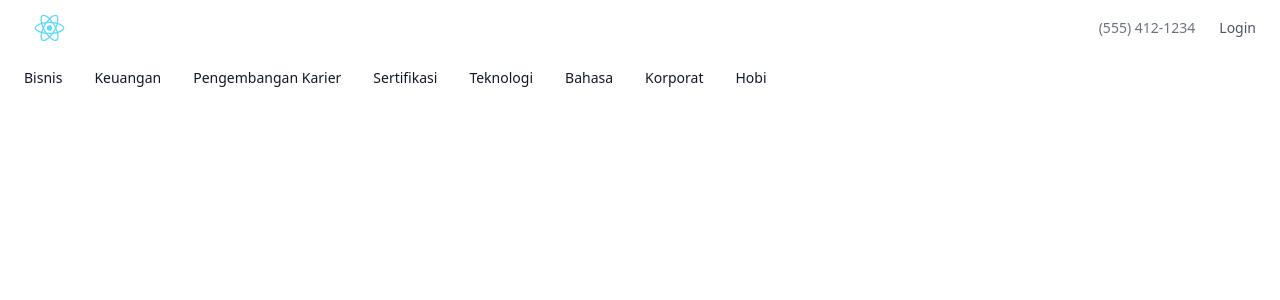
Repository: farrelmuhammad/arkademi-test
Page: /
The author's editor kept a copy of each file at every save. The page is drawn from the files as they stood at one save, then again after the next save.
The browser window is 1280 px wide. The pictures show the whole page.
The project was rebuilt for these pictures with package versions that can differ from the ones it lists, and the page was loaded fresh each time. Also part of the build but not shown: src/App.css.

Above is the page before, as saved 2022-12-28 17:59:30.

### src/App.js
import logo from './logo.svg';
import './App.css';
import Home from './pages/Home';

function App() {
  return (
    <>
      <Home />
    </>
  );
}

export default App;

### src/pages/Home.jsx
import React from "react";
import Navbar from "../components/Navbar";

const Home = () => {
  return (
    <>
      <Navbar />
    </>
  );
};

export default Home;

### src/components/Navbar.jsx
import React from "react";
import Logo from "../assets/Logo.svg";

const Navbar = () => {
  return (
    <>
      <nav className="bg-white border-blue-500 dark:bg-blue-500">
        <div className="flex flex-wrap justify-between items-center mx-auto max-w-screen-xl px-4 md:px-6 py-2.5">
          <a href="https://flowbite.com" className="flex items-center">
            <img src={Logo} className="h-6 mr-3 sm:h-9" alt="Arkademi Logo" />
            {/* <span className="self-center text-xl font-semibold whitespace-nowrap dark:text-white">
              Flowbite
            </span> */}
          </a>
          <div className="flex items-center">
            <a
              href="tel:5541251234"
              className="mr-6 text-sm font-medium text-gray-500 dark:text-white hover:underline"
            >
              (555) 412-1234
            </a>
            <a
              href="#"
              className="text-sm font-medium text-gray-600 dark:text-white hover:underline"
            >
              Login
            </a>
          </div>
        </div>
      </nav>
      <nav className="bg-white dark:bg-white">
        <div className="max-w-screen-xl px-4 py-3 mx-auto md:px-6">
          <div className="flex items-center">
            <ul className="flex flex-row mt-0 mr-6 space-x-8 text-sm font-medium">
              <li>
                <a
                  href="#"
                  className="text-gray-900 dark:text-dark hover:underline"
                  aria-current="page"
                >
                  Bisnis
                </a>
              </li>
              <li>
                <a
                  href="#"
                  className="text-gray-900 dark:text-dark hover:underline"
                >
                  Keuangan
                </a>
              </li>
              <li>
                <a
                  href="#"
                  className="text-gray-900 dark:text-dark hover:underline"
                >
                  Pengembangan Karier
                </a>
              </li>
              <li>
                <a
                  href="#"
                  className="text-gray-900 dark:text-dark hover:underline"
                >
                  Sertifikasi
                </a>
              </li>
              <li>
                <a
                  href="#"
                  className="text-gray-900 dark:text-dark hover:underline"
                >
                  Teknologi
                </a>
              </li>
              <li>
                <a
                  href="#"
                  className="text-gray-900 dark:text-dark hover:underline"
                >
                  Bahasa
                </a>
              </li>
              <li>
                <a
                  href="#"
                  className="text-gray-900 dark:text-dark hover:underline"
                >
                  Korporat
                </a>
              </li>
              <li>
                <a
                  href="#"
                  className="text-gray-900 dark:text-dark hover:underline"
                >
                  Hobi
                </a>
              </li>
            </ul>
          </div>
        </div>
      </nav>
    </>
  );
};

export default Navbar;

Loaded but not shown: public/index.html (common file); src/index.js (common file); src/index.css (common file); src/reportWebVitals.js (common file); tailwind.config.js (common file)

After the next save:
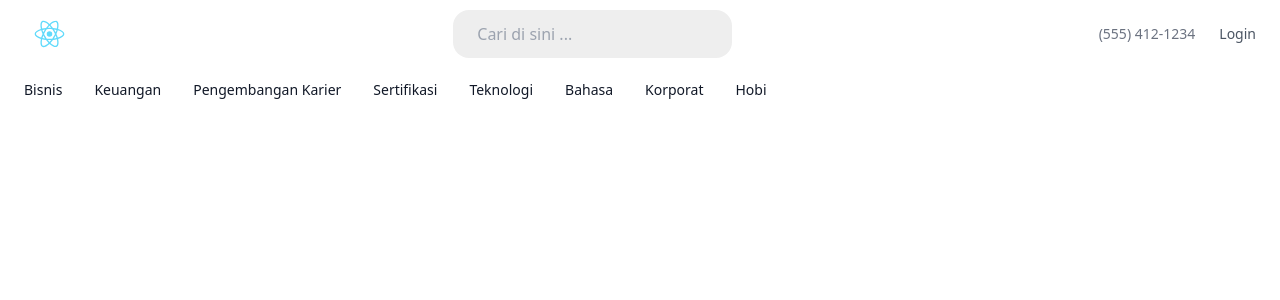
Saved 2 min 45 s later.
--- a/src/components/Navbar.jsx
+++ b/src/components/Navbar.jsx
@@ -12,6 +12,15 @@
               Flowbite
             </span> */}
           </a>
+          <div className="h-12 bg-white rounded-2xl py-3 px-6 text-neutral-3 flex lg:bg-[#EEEEEE]">
+            <input
+              className="w-full h-full bg-transparent focus:outline-none"
+              placeholder="Cari di sini ..."
+              // onChange={props.onSearchChange}
+            />
+            {/* <FiSearch className="text-2xl" /> */}
+          </div>
+
           <div className="flex items-center">
             <a
               href="tel:5541251234"
